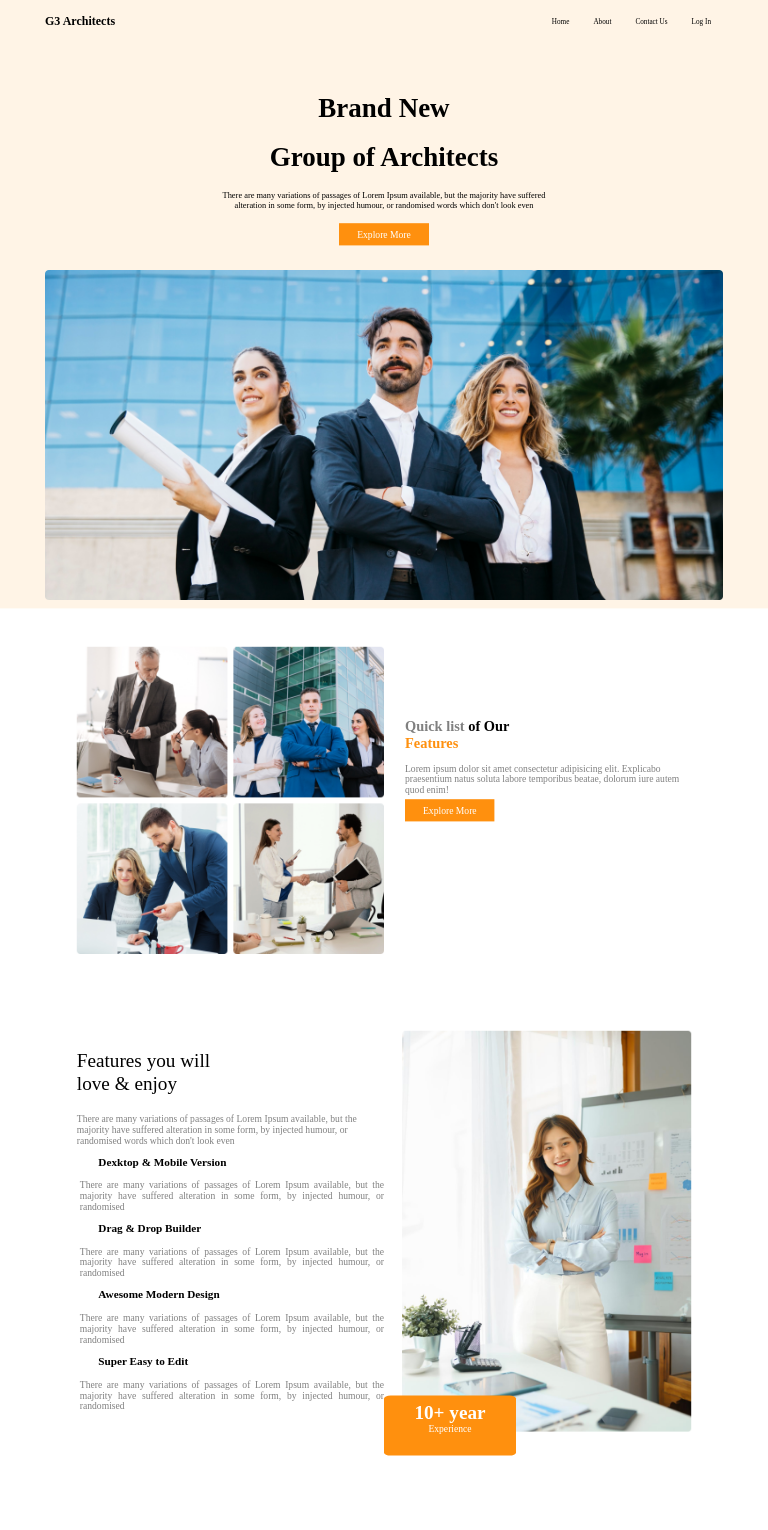
Repository: sadiaafsana138/Architect
Page: index.html
The author's editor kept a copy of each file at every save. The page is drawn from the files as they stood at one save, then again after the next save.
The browser window is 1280 px wide. The pictures show the whole page, at 60% of full size.

Above is the page before, as saved 2023-01-16 17:35:00.

### index.html
<!DOCTYPE html>
<html lang="en">

<head>
  <meta charset="UTF-8" />
  <meta http-equiv="X-UA-Compatible" content="IE=edge" />
  <meta name="viewport" content="width=device-width, initial-scale=1.0" />
  <!-- CSS Stylesheet -->
  <link rel="stylesheet" href="style.css" />
  <title>G3 Architects</title>
</head>

<body>
  <!-- Head Section -->
  <header>
    <div class="top-head container">
      <div class="logo">
        <a href="">G3 Architects</a>
      </div>
      <nav class="navigation">
        <ul class="navigation-items">
          <li><a href="#">Home</a></li>
          <li><a href="#">About</a></li>
          <li><a href="#">Contact Us</a></li>
          <li><a href="#">Log In</a></li>
        </ul>
      </nav>
    </div>
    <div class="top-section container">
      <div class="top-bar-product">
        <div class="top-text">
          <h1>Brand New</h1>
          <h1>Group of Architects</h1>
          <p>
            There are many variations of passages of Lorem Ipsum available,
            but the majority have suffered <br>
            alteration in some form, by
            injected humour, or randomised words which don't look even
          </p>
          <br />
          <a href="#" class="link-btn">Explore More </a>
        </div>
        <div class="top-img">
          <img src="./images/banner.png" alt="" />
        </div>
      </div>
    </div>
  </header>
  <!--section Quick list of Our Features-->
  <section class="section-2">
    <div class="sec2div1">
      <img src="images/team1.png" alt="">

      </img>
      <img src="images/team2.png" alt="">

      </img>
      <img src="images/team3.png" alt="">

      </img>
      <img src="images/team4.png" alt="">

      </img>
    </div>
    <div class="sec2div2">
      <h2><span class="sp1">Quick list</span> of Our <br>
        <span id="sp2">Features</span>
      </h2>
      <p class="sp1">Lorem ipsum dolor sit amet consectetur adipisicing elit. Explicabo praesentium natus soluta labore
        temporibus beatae, dolorum iure autem quod enim!</p>
      <a href="#" class="link-btn">Explore More </a>
    </div>
  </section>
  <!--section-3 Features you will love & enjoy-->
  <section class="section-2">
    <div class="sec3div1">
      <p id="sec3font">Features you will<br>
        love & enjoy</p>
      <p class="sp1">
        There are many variations of passages of Lorem Ipsum available, but the majority have suffered alteration in
        some form, by injected humour, or randomised words which don't look even
      </p>
      <div class="sec3">
        <h3 class="sec3title">Dexktop & Mobile Version</h3>
        <p class="sec3subtitle">
          There are many variations of passages of Lorem Ipsum available, but the majority have suffered alteration in
          some form, by injected humour, or randomised
        </p>
      </div>
      <div class="sec3">
        <h3 class="sec3title">Drag & Drop Builder</h3>
        <p class="sec3subtitle">
          There are many variations of passages of Lorem Ipsum available, but the majority have suffered alteration in
          some form, by injected humour, or randomised
        </p>
      </div>
      <div class="sec3">
        <h3 class="sec3title">Awesome Modern Design</h3>
        <p class="sec3subtitle">
          There are many variations of passages of Lorem Ipsum available, but the majority have suffered alteration in
          some form, by injected humour, or randomised
        </p>
      </div>
      <div class="sec3">
        <h3 class="sec3title">Super Easy to Edit</h3>
        <p class="sec3subtitle">
          There are many variations of passages of Lorem Ipsum available, but the majority have suffered alteration in
          some form, by injected humour, or randomised
        </p>
      </div>
    </div>
    <div class="sec3div2">
      <img src="images/architect.png" alt="">
      <a href="#" class="link-btn1"><span class="sp3">10+ year</span><br> Experience </a>
    </div>


  </section>
</body>

</html>

### style.css
@import url("https://fonts.googleapis.com/css2?family=Inter:wght@700&family=Manrope:wght@700&display=swap");

/* common styles or utilities */
* {
  padding: 0;
  box-sizing: border-box;
  font-family: "Poppins";
}

html {
  scroll-behavior: smooth;
}

body {
  font-family: "Poppins";
  margin: 0;
}

h1 {
  font-weight: 500;
}

a {
  text-decoration: none;
}

main {
  display: flex;
  flex-direction: column;
  align-items: center;
  justify-content: center;
  margin-top: 2%;
}

.container {
  max-width: 960px;
  margin: 0 auto;
  padding: 0 20px;
}

.link-btn , .link-btn1{
  background-color: #ff900e;
  color: white;
  padding: 10px 30px;
  transition: 0.4s all ease-in-out;
}

.link-btn:hover , .link-btn1:hover{
  background-color: transparent;
  border: 1px solid #ff900e;
  color: #ff900e;
}
.link-btn1{
  height: 100px;
  width:220px;
  border-radius: 5%;
  position:relative;
  top: -60px;
  padding-top: 10px;
  text-align: center;

}

/* Header Section */
header {
  padding: 10px 0;
  background-color: rgba(255, 144, 14, 0.1);
}

header .container {
  max-width: 1170px;
  display: flex;
  justify-content: space-between;
  align-items: center;
}

.logo {
  display: flex;
}

.logo a {
  color: black;
  font-weight: 700;
  font-size: 20px;
}

.navigation {
  display: flex;
}

.navigation-items {
  display: flex;
  align-items: center;
}

.navigation-items li {
  list-style: none;
  padding: 0 20px;
}

.navigation-items li a {
  color: black;
  font-size: 12px;
  position: relative;
}

.navigation-items li a:after {
  content: "";
  position: absolute;
  background-color: #ff900e;
  height: 3px;
  width: 0;
  left: 0;
  bottom: -10px;
  transition: 0.3s;
}

.navigation-items li a:hover:after {
  width: 100%;
}

/* Top Bar Infos */
.top-section.container {
  margin-top: 5%;
}

.top-bar-product {
  text-align: center;
}

.top-text h1 {
  font-weight: 700;
  font-size: 45px;
}

.top-text p {
  font-size: 14px;
  text-align: center;
}

.top-img {
  width: 100%;
  margin-top: 50px;
}
.top-img img {
  width: 100%;
}
/*Section 2 Quick list of Our Features*/
.sp1{
  color: gray;
}
#sp2{
  color: #ff900e;
}
.section-2{
  display:grid;
  grid-template-columns: repeat(2,1fr);
  padding-left: 10%;
  padding-right: 10%;
  padding-top: 5%;
  padding-bottom: 5%;

}
.sec2div1{
  display: grid;
  grid-template-columns: repeat(2,1fr);
  row-gap: 10px;
  column-gap: 10px;
}
.sec2div1 img{
  width: 100%;
}
.sec2div2{
  padding-left: 35px;
  padding-top: 100px;
}
.sec3div2{
  display: grid;
}
.sec3div2 img{
  width: 100%;
  padding-left:30px;
}
.sp3{
  font-weight: 800;
  font-size: xx-large;
}
#sec3font{
  font-weight:1000px;
  font-size: xx-large;
}
.sec3div1::after{
  content: '';
  width:10px;
  height:60%;
  color:#ff900e;
}
.sec3title{
  margin-left: 7%;
  margin-top: 10px;
  text-align: justify;
}
.sec3subtitle{
  margin-left: 7%;
  margin-top: 10px;
  color: gray;
  text-align: justify;
  margin-left: 5px;
}
























/* Media Queries */
@media only screen and (max-width: 688px) {
  .navigation {
    display: none;
  }
  .container {
    width: 100%;
  }
  .top-bar-product {
    flex-direction: column;
  }
  .top-img {
    order: 1;
  }
  .top-text {
    order: 2;
    text-align: center;
  }
  .section-2{
    display:grid;
    grid-template-columns: repeat(1,1fr);
  }
  .sec2div1{
    display: grid;
    grid-template-columns: repeat(1,1fr);
  }

}
@media only screen and (min-width: 688px) and (max-width: 992px) {
  .container {
    width: 100%;
  }
  .section-2{
    display:grid;
    grid-template-columns: repeat(1,1fr);
  }
  .sec2div1{
    display: grid;
    grid-template-columns: repeat(2,1fr);
  }
}

After the next save:
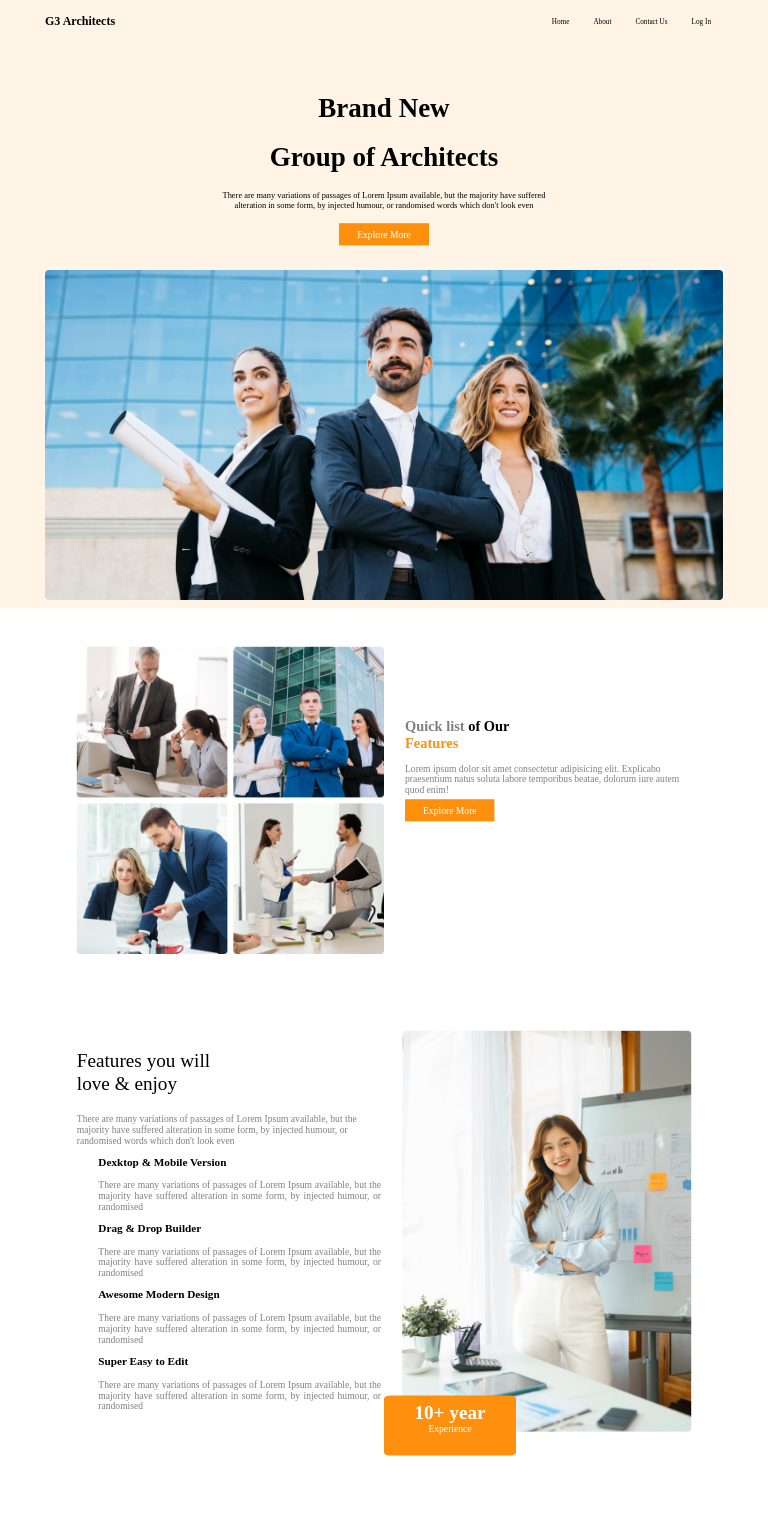
Saved 23 s later.
--- a/style.css
+++ b/style.css
@@ -205,7 +205,7 @@
   margin-top: 10px;
   color: gray;
   text-align: justify;
-  margin-left: 5px;
+  margin-right: 5px;
 }
 
 
